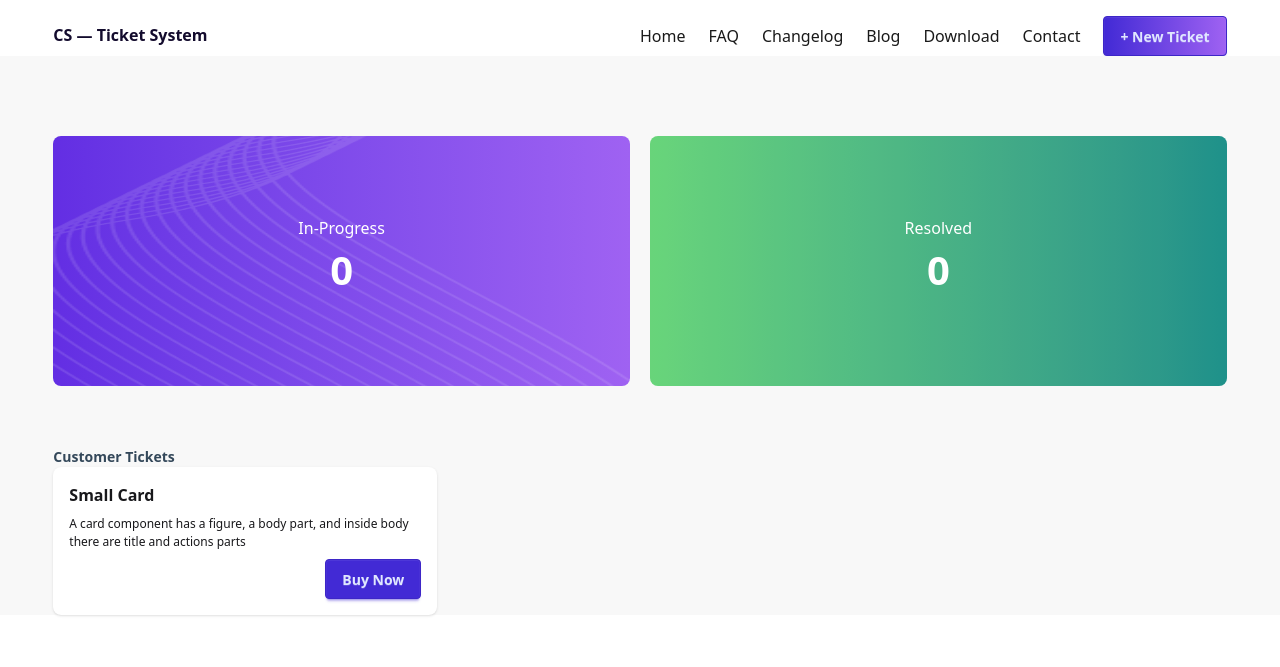
Repository: SanjidaSnigdha/Customer-Support-Zone
Page: /
These files come from the project's save history. The page is drawn as it stood at one moment and after the next save; the edit follows.
The browser window is 1280 px wide. The pictures show the whole page.
The project was rebuilt for these pictures with package versions that can differ from the ones it lists, and the page was loaded fresh each time. Also part of the build but not shown: vite.config.js, src/App.css.

Above is the page before, as saved 2026-03-24 03:23:00.

### index.html
<!doctype html>
<html lang="en">
  <head>
    <meta charset="UTF-8" />
    <link rel="icon" type="image/svg+xml" href="/favicon.svg" />
    <meta name="viewport" content="width=device-width, initial-scale=1.0" />
    <title>customer-support-zone</title>
  </head>
  <body>
    <div id="root"></div>
    <script type="module" src="/src/main.jsx"></script>
  </body>
</html>

### src/index.css
 @import "tailwindcss";
 @plugin "daisyui" {
  themes: light --default, dark --prefersdark;
  themes: light --default;
 }

### src/App.jsx
import { Suspense, useState } from 'react'
import './App.css'
import Navbar from './component/Navbar/Navbar'
import Banner from './component/Banner/Banner'
import CustomerTickets from './component/CustomerTickets/CustomerTickets'

const fetchTickets = async()=>{
  const res = await fetch("/customers.json")
  return res.json()
}

function App() {
  const customerPromise = fetchTickets()

  return (
    <>
    <div className='flex flex-col'>
   <Navbar></Navbar>
   <div className='flex-1 bg-base-200'>
    <Banner></Banner>
    <Suspense fallback={<span className="loading loading-spinner loading-xl"></span>
}>
          <CustomerTickets customerPromise={customerPromise}></CustomerTickets>

    </Suspense>
   </div>
   </div>

    </>
  )
}

export default App

### src/component/Navbar/Navbar.jsx
import React from 'react';

const Navbar = () => {
    return (
        <div className='flex justify-between w-11/12 mx-auto mt-4'>
            <div className='navbar-start'>
                <h1 className='w-[833px] h-[26px] font-bold text-[#130B2D]'>CS — Ticket System</h1>
            </div>
            <div className='navbar-end justify-between gap-3 text-[#000000]/90'>
                <a>Home</a>
                <a>FAQ</a>
                <a>Changelog</a>
                <a>Blog</a>
                <a>Download</a>
                <a>Contact</a>
         <button className='btn btn-primary bg-gradient-to-r from [#632EE3] to-[#9F62F2]'>+ New Ticket</button>
            </div>
        </div>
    );
};

export default Navbar;

### src/component/Banner/Banner.jsx
import React from 'react';
import vectorImg1 from '../../assets/vector1.png'
import vectorImg2 from '../../assets/vector2.png'

const Banner = () => {
    return (
        <div className='flex justify-between w-11/12 mx-auto mt-20 gap-5'>
            <div className='relative'>
             <img src={vectorImg1} alt="" className=' bg-gradient-to-r from-[#632EE3] to-[#9F62F2] w-[700px] h-[250px] rounded-[8px]'/>
             <p className='absolute text-center inset-20 text-[#FFFFFF]'>In-Progress<br /><span className='font-bold text-[#FFFFFF] text-[40px]'>
                0</span></p>

            </div>
            <div className='relative'>
      <img src={vectorImg2} alt="" className='bg-gradient-to-r from-[#54CF68] to-[#00827A] w-[700px] h-[250px] rounded-[8px]'/>
        <p className='absolute text-center inset-20 text-[#FFFFFF]'>Resolved<br /><span className='font-bold text-[#FFFFFF] text-[40px]'>
                0</span></p>

            </div>
        </div>
    );
};

export default Banner;

### src/component/CustomerTickets/CustomerTickets.jsx
import React, { use } from 'react';
const CustomerTickets = ({customerPromise}) => {
    const customerTicket = use(customerPromise)
    console.log(customerTicket)
    return (
        <div className='w-11/12 mx-auto'>
        <h1 className='font-semibold text-[#34485A] text-[14px] mt-15'>Customer Tickets</h1>

         <div className="card w-96 bg-base-100 card-sm shadow-sm">
  <div className="card-body">
    <h2 className="card-title">Small Card</h2>
    <p>A card component has a figure, a body part, and inside body there are title and actions parts</p>
    <div className="justify-end card-actions">
      <button className="btn btn-primary">Buy Now</button>
    </div>
  </div>
</div>
        </div>
    );
};

export default CustomerTickets;

### public/customers.json
[
  {
    "id": 1,
    "title": "Login Issue",
    "description": "Customer unable to login with correct credentials.",
    "customer": "Alice Johnson",
    "priority": "High",
    "status": "Open",
    "createdAt": "2026-03-20T10:15:00Z"
  },
  {
    "id": 2,
    "title": "Payment Failure",
    "description": "Transaction failed while trying to purchase subscription.",
    "customer": "Bob Smith",
    "priority": "High",
    "status": "Pending",
    "createdAt": "2026-03-21T14:22:00Z"
  },
  {
    "id": 3,
    "title": "Feature Request",
    "description": "Request to add dark mode in dashboard.",
    "customer": "Charlie Brown",
    "priority": "Medium",
    "status": "Open",
    "createdAt": "2026-03-22T09:30:00Z"
  },
  {
    "id": 4,
    "title": "Bug in Reports",
    "description": "Monthly report shows incorrect sales numbers.",
    "customer": "Diana Prince",
    "priority": "High",
    "status": "In Progress",
    "createdAt": "2026-03-22T11:45:00Z"
  },
  {
    "id": 5,
    "title": "Password Reset",
    "description": "Customer forgot password and cannot reset it via email.",
    "customer": "Ethan Hunt",
    "priority": "Medium",
    "status": "Resolved",
    "createdAt": "2026-03-23T08:10:00Z"
  },
  {
    "id": 6,
    "title": "Account Deactivation",
    "description": "Customer wants to deactivate account permanently.",
    "customer": "Fiona Gallagher",
    "priority": "Low",
    "status": "Pending",
    "createdAt": "2026-03-23T12:05:00Z"
  },
  {
    "id": 7,
    "title": "App Crash",
    "description": "Mobile app crashes when opening settings page.",
    "customer": "George Martin",
    "priority": "High",
    "status": "Open",
    "createdAt": "2026-03-24T07:50:00Z"
  },
  {
    "id": 8,
    "title": "Invoice Issue",
    "description": "Invoice generated shows wrong billing amount.",
    "customer": "Hannah Lee",
    "priority": "Medium",
    "status": "In Progress",
    "createdAt": "2026-03-24T09:30:00Z"
  },
  {
    "id": 9,
    "title": "Email Notifications",
    "description": "Customer not receiving notification emails.",
    "customer": "Ian Curtis",
    "priority": "Medium",
    "status": "Open",
    "createdAt": "2026-03-24T10:00:00Z"
  },
  {
    "id": 10,
    "title": "Data Export",
    "description": "Unable to export CSV from analytics dashboard.",
    "customer": "Jessica Alba",
    "priority": "Low",
    "status": "Resolved",
    "createdAt": "2026-03-24T11:15:00Z"
  }
]

Loaded but not shown: src/main.jsx (common file)

After the next save:
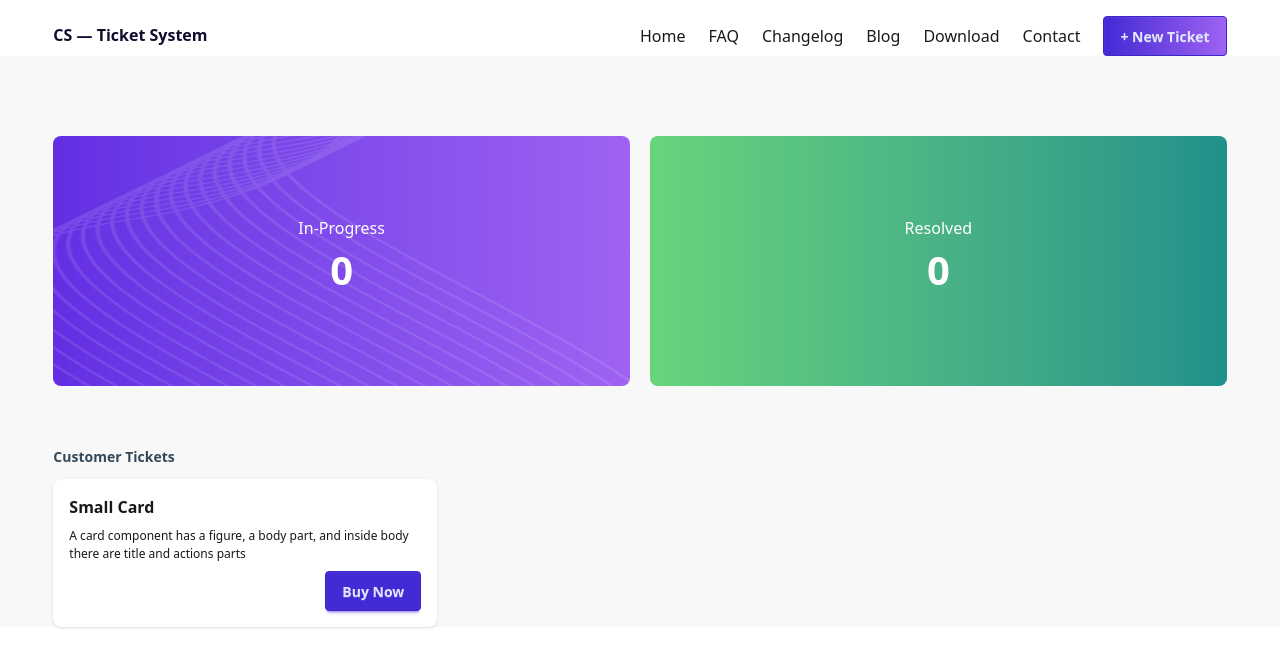
Saved 25 s later.
--- a/src/component/CustomerTickets/CustomerTickets.jsx
+++ b/src/component/CustomerTickets/CustomerTickets.jsx
@@ -6,7 +6,7 @@ const CustomerTickets = ({customerPromise}) => {
         <div className='w-11/12 mx-auto'>
         <h1 className='font-semibold text-[#34485A] text-[14px] mt-15'>Customer Tickets</h1>
 
-         <div className="card w-96 bg-base-100 card-sm shadow-sm">
+         <div className="card w-96 bg-base-100 card-sm shadow-sm mt-3">
   <div className="card-body">
     <h2 className="card-title">Small Card</h2>
     <p>A card component has a figure, a body part, and inside body there are title and actions parts</p>
